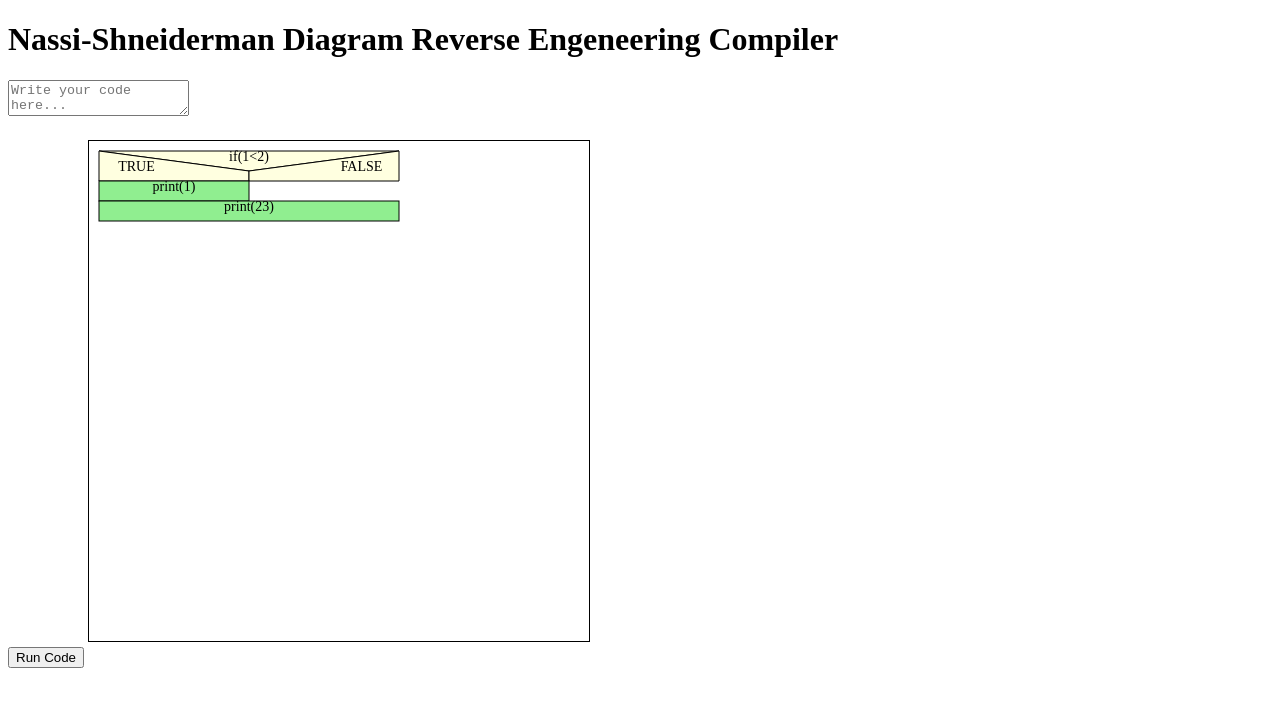
Repository: fabsch225/Nassi-Shneiderman-Compiler
Page: demo.html
These files come from the project's save history. The page is drawn as it stood at one moment and after the next save; the edit follows.
The browser window is 1280 px wide. The pictures show the whole page.

Above is the page before, as saved 2024-05-15 23:44:26.

After the next save:
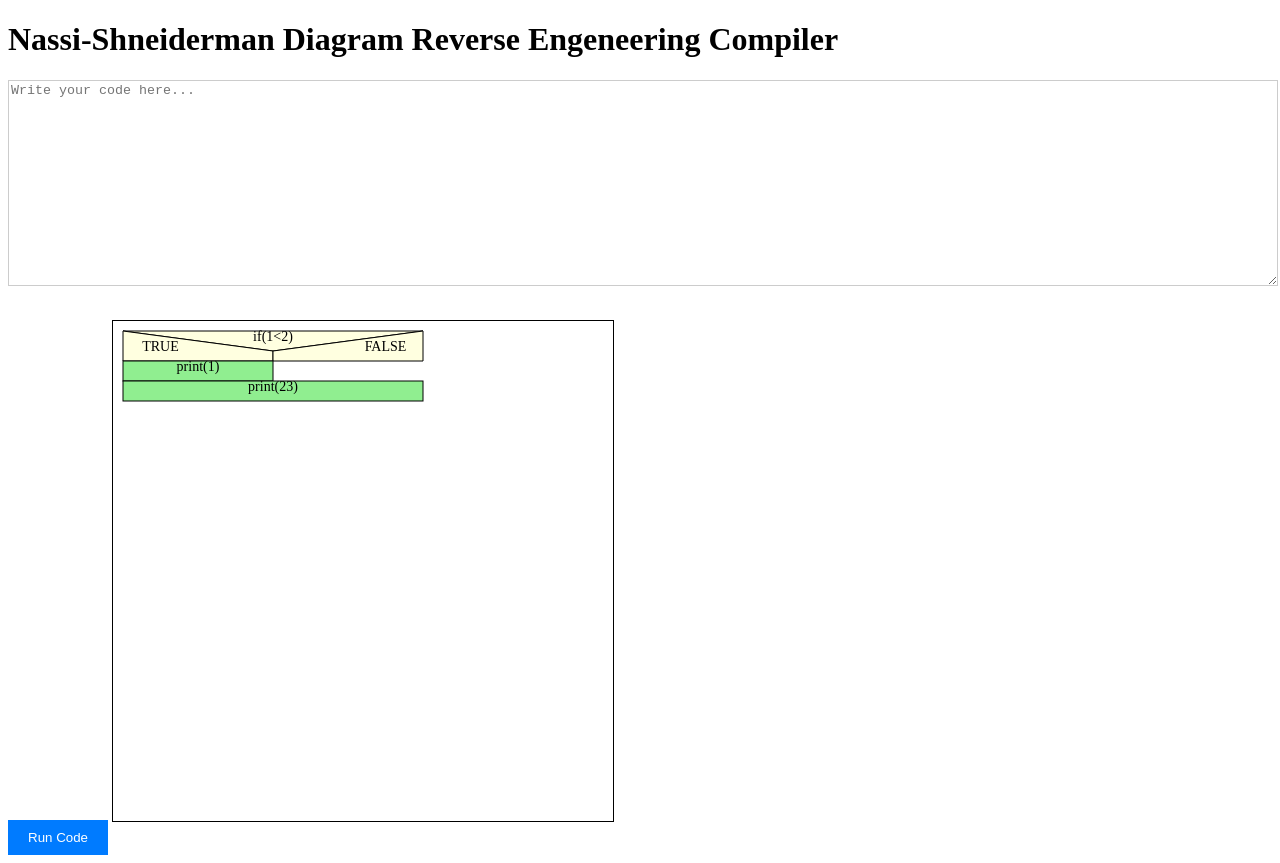
Saved 9 s later.
--- a/demo.html
+++ b/demo.html
@@ -13,6 +13,21 @@
         margin: 20px auto;
         width: 500px;
         height: 500px;
+    }
+    #code-block {
+        width: 100%;
+        height: 200px;
+        border: 1px solid #ccc;
+        margin-bottom: 10px;
+        resize: vertical;
+    }
+
+    #code-button {
+        padding: 10px 20px;
+        background-color: #007bff;
+        color: #fff;
+        border: none;
+        cursor: pointer;
     }
 </style>
 </head>
